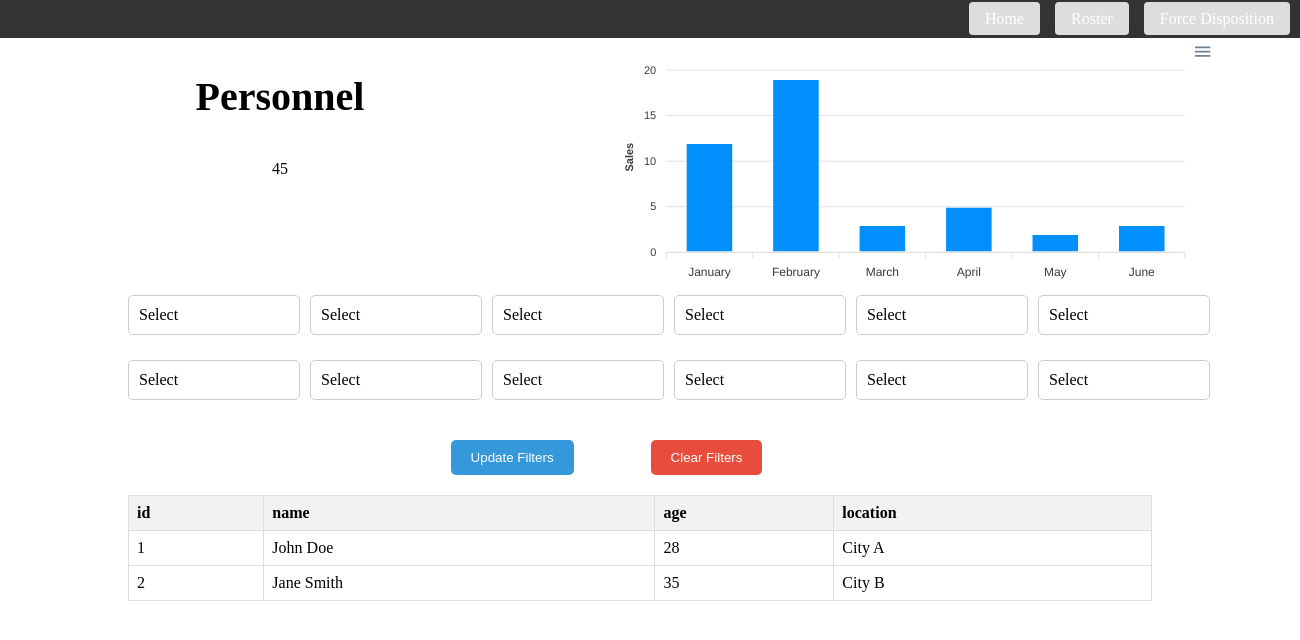
Repository: mjquesada/j2x_react
Page: /roster
An editor plug-in stored every save of this project. The page is shown before and after the next save, followed by the edit.
The browser window is 1280 px wide. The page is 1300 px wide, so the pictures cover 1300 px, including what lies to the right of the window. The pictures show the whole page.
The project was rebuilt for these pictures with package versions that can differ from the ones it lists, and the page was loaded fresh each time. Also part of the build but not shown: src/components/Box.js, src/components/Tile.js, src/components/Home.jsx, src/components/Map.js, src/components/Force.jsx.

Above is the page before, as saved 2024-03-12 13:20:13.

### src/index.css
html,
body {
  margin: 0;
  padding: 0;
  box-sizing: border-box;
}

.home-title,
.roster-title,
.force-title {
  text-align: center;
  margin: 5px;
}

.refresh-date {
  text-align: end;
}

/* Home Page */
.home-container {
  padding: 0px 20px;
}
/* Box information */
.box-container {
  display: flex;
  justify-content: center;
}

.box {
  border: 1px solid #ccc;
  padding: 15px;
  margin: 10px 50px;
  width: 300px;
  height: 200px;
  background-color: cyan;
}

.box h1 {
  margin-bottom: 10px;
}

.box div p {
  margin: 0; /* Remove default margin for <p> elements */
}

/* Tile Information */
.tile-container {
  display: flex;
  flex-wrap: wrap;
  width: 100%;
  justify-content: space-between;
}

.large-tile {
  border: 2px solid #ccc;
  padding: 5px;
  margin: 2px;
  width: calc(20% - 20px); /* Adjusted for five tiles */
  text-align: center;
  word-wrap: break-word;
  background-color: lightblue;
}

.small-tile {
  border: 1px solid #ccc;
  padding: 5px;
  margin: 2px;
  width: calc(14.28% - 20px); /* Adjusted for seven tiles */
  text-align: center;
  word-wrap: break-word;
  background-color: lightgreen;
}

.tile h3 {
  margin-bottom: 10px;
}

.tile-image {
  max-width: 50px;
  height: 60px;
  margin-bottom: 8px;
}

/* NavBar Information */
.navbar {
  display: flex;
  justify-content: flex-end;
  background-color: #333; /* Example background color */
  padding: 10px;
  position: fixed; /* Make the navbar fixed */
  top: 0; /* Position it at the top of the viewport */
  width: 100%; /* Ensure it spans the full width of the viewport */
  z-index: 1000; /* Ensure it stays on top of other content */
}

.navbar-links {
  display: flex;
  justify-content: flex-end;
  list-style: none;
  padding: 0;
  margin: 0;
  top: 0;
  width: 100%;
  position: sticky;
}

.navbar-links li {
  margin-left: 15px; /* Adds space between the links */
}

.navbar-links a {
  color: white;
  text-decoration: none;
  padding: 8px 16px;
  border-radius: 4px;
  background-color: #ddd; /* Example background color for links */
}

.navbar-links a:hover {
  background-color: #bbb; /* Example hover effect */
}

/* Bar Chart Information */
.roster-row {
  display: flex;
  justify-content: space-between; /* Adjust as needed */
  align-items: center;
  width: 100%; /* Ensure it takes the full width */
  padding: 0 1em; /* Add padding on the left and right */
}

.metric-display,
.bar-chart {
  flex: 1; /* Ensure they take up equal space */
  margin: 0 10px; /* Add space to the left and right of each component */
  height: 200px;
}

.metric-display {
  text-align: center;
  /* Additional styling */
}

.metric-title {
font-size: 40px;
}

.bar-chart {
  width: 100%; /* Ensure the chart takes up the full width */
  padding: 20px 20px 45px 20px;
  /* Additional styling */
}

.metric-font-size {
  font-size: 28px;
}

/* Roster Filters */
.roster-container {
  display: flex;
  flex-direction: column;
  align-items: center;
  width: 100%;
}

.filter-row1 {
  display: grid;
  grid-template-columns: repeat(6, 1fr);
  grid-gap: 10px;
  margin: 0 1em; /* Add margin to both sides */
  margin-bottom: 20px;
  padding-top: 30px;
  width: 80%;
}

.filter-row2 {
  display: grid;
  grid-template-columns: repeat(6, 1fr);
  grid-gap: 10px;
  margin: 0 1em; /* Add margin to both sides */
  margin-bottom: 20px;
  padding-top: 5px;
  width: 80%;
}

.multi-select-filter {
  /* Style each filter as needed */
}

/* Dropdown styles */
.dropdown-container {
  position: relative;
  display: inline-block;
}

.dropdown-select {
  padding: 10px;
  border: 1px solid #ccc;
  border-radius: 5px;
  cursor: pointer;
  min-width: 150px;
}

.dropdown-options {
  position: absolute;
  top: 100%;
  left: 0;
  z-index: 1;
  background-color: #fff;
  border: 1px solid #ccc;
  border-top: none;
  border-radius: 0 0 5px 5px;
  box-shadow: 0px 2px 5px rgba(0, 0, 0, 0.1);
  max-height: 150px;
  overflow-y: auto;
}

.dropdown-option {
  padding: 8px;
  cursor: pointer;
  transition: background-color 0.3s;
}

.dropdown-option:hover {
  background-color: #f0f0f0;
}

/* Button Styles */
.custom-button {
  padding: 10px 20px;
  margin-right: 67px; /* Adjust margin to spread buttons apart */
  border: none;
  color: white;
  cursor: pointer;
  border-radius: 5px;
  transition: background-color 0.3s, box-shadow 0.3s;
}

.custom-button:hover {
  box-shadow: 0 0 10px rgba(0, 0, 0, 0.3); /* Add a subtle shadow on hover */
}

.custom-button.blue {
  background-color: #3498db; /* Blue color for 'Update Filters' */
}

.custom-button.red {
  background-color: #e74c3c; /* Red color for 'Clear Filters' */
}

.button-row {
  display: flex;
  justify-content: center; /* Center the buttons horizontally */
  gap: 10px; /* Adds space between the buttons */
  padding: 20px 0 0 0; /* Adds padding above and below the buttons */
}

/* Table Data */
.data-table {
  width: 100%;
  border-collapse: collapse;
  margin-top: 20px;
}

.data-table th,
.data-table td {
  border: 1px solid #ddd;
  padding: 8px;
  text-align: left;
}

.data-table th {
  background-color: #f2f2f2;
}

.data-table tr:hover {
  background-color: #f5f5f5;
}

.roster-table,
.force-container .roster-table {
  width: 80%;
  margin: 0 auto; /* Centers the table horizontally */
}

/* Force Page */
.force-container {
  width: 100%;
  padding-top: 30px; /* Adjust as needed */
  padding-left: 20px;
  padding-right: 20px;
}

.force-row {
  display: flex;
  justify-content: space-between;
}

.metrics-column,
.charts-row,
.dropdowns-row {
  display: flex;
  flex-direction: column;
}

.metrics-column {
  flex: 1; /* Takes up 1/4 of the row */
}

.charts-row,
.dropdowns-row {
  flex: 3; /* Takes up 3/4 of the row */
  flex-direction: row; /* Aligns items horizontally */
  justify-content: space-evenly; /* Spaces out the items */
}

/* Map Information */
.map-container {
  display: flex;
  justify-content: center;
  width: 100%;
  padding: 0;
}

### src/App.js
import React from 'react';
import { BrowserRouter as Router, Route, Routes } from 'react-router-dom';
import NavBar from './components/NavBar';
import Home from './components/Home';
import Roster from './components/Roster';
import Force from './components/Force';

const App = () => {
  return (
    <Router>
      <NavBar />
      <Routes>
        <Route path="/" element={<Home />} />
        <Route path="/roster" element={<Roster />} />
        <Route path="/force" element={<Force />} />
      </Routes>
    </Router>
  );
}

export default App;

### src/components/NavBar.js
import React from "react";
import { Link } from "react-router-dom";

const NavBar = () => {
  return (
    <nav className="navbar">
      <ul className="navbar-links">
        <li>
          <Link to="/">Home</Link>
        </li>
        <li>
          <Link to="/roster">Roster</Link>
        </li>
        <li>
          <Link to="/force">Force Disposition</Link>
        </li>
      </ul>
    </nav>
  );
};

export default NavBar;

### src/components/Roster.jsx
import React from "react";
import MetricDisplay from "./MetricDisplay";
import BarChart from "./BarChart";
import Table from "./Table";
import Dropdown from "./Dropdown";
import Button from "./Button";

import {
  rosterFilterOptions,
  placeholderTableData,
  rosterBarChartData,
} from "../data";

const Roster = () => {
  const series = [
    {
      name: rosterBarChartData.datasets[0].label,
      data: rosterBarChartData.datasets[0].data,
    },
  ];

  const columns = React.useMemo(
    () => [
      { Header: "Name", accessor: "name" },
      { Header: "Age", accessor: "age" },
      { Header: "Location", accessor: "location" },
      { Header: "Email", accessor: "email" },
      // ... more columns
    ],
    []
  );

  const firstRowOptions = rosterFilterOptions.slice(0, 6);
  const secondRowOptions = rosterFilterOptions.slice(6, 12);

  const handleFilterChange = (selectedOptions) => {
    console.log(selectedOptions);
  };

  const handleUpdateFilters = () => {
    // Logic to update filters
    console.log("Update Filters clicked");
  };

  const handleClearFilters = () => {
    // Logic to clear filters
    console.log("Clear Filters clicked");
  };

  return (
    <div className="roster-container">
      <div className="roster-row">
        <div className="metric-display">
          <MetricDisplay title="Personnel" value="45" />
        </div>
        <div className="bar-chart">
          <BarChart series={series} options={rosterBarChartData.options} />
        </div>
      </div>

      {/* First row of filters */}
      <div className="filter-row1">
        {firstRowOptions.map((option) => (
          <div className="multi-select-filter" key={option.id}>
            <Dropdown
              options={firstRowOptions}
              label={option.label}
              onChange={handleFilterChange}
            />
          </div>
        ))}
      </div>

      {/* Second row of filters */}
      <div className="filter-row2">
        {secondRowOptions.map((option) => (
          <div className="multi-select-filter" key={option.id}>
            <Dropdown
              options={secondRowOptions}
              label={option.label}
              onChange={handleFilterChange}
            />
          </div>
        ))}
      </div>

      {/* Buttons */}
      <div className="button-row">
        <Button
          label="Update Filters"
          onClick={handleUpdateFilters}
          color="blue"
        />
        <Button
          label="Clear Filters"
          onClick={handleClearFilters}
          color="red"
        />
      </div>

      {/* Table */}
      <div className="roster-table">
        <Table columns={columns} data={placeholderTableData} />
      </div>
    </div>
  );
};

export default Roster;

### src/data.js
import usasoc from "./images/USASOC.png";
import nsw from "./images/NSW.png";
import socom from "./images/SOCOM.png";
import marsoc from "./images/MARSOC.png";
import afsoc from "./images/AFSOC.png";
import soccent from "./images/SOCCENT.png";
import socsouth from "./images/SOCSOUTH.png";
import socnorth from "./images/SOCNORTH.png";
import socpac from "./images/SOCPAC.png";
import sockor from "./images/SOCKOR.png";
import soceur from "./images/SOCEUR.png";
import socaf from "./images/SOCAF.png";

export const boxData = [
  {
    id: 1,
    title: "Personnel Count",
    content: 1500,
  },
  {
    id: 2,
    title: "AoR Breakdown",
    content: [
      { label: "AFRICOM", value: 700 },
      { label: "EUCOM", value: 800 },
      { label: "SOCCOM", value: 900 },
    ],
  },
];

export const tileData = [
  {
    id: 1,
    title: "USASOC",
    imagePath: usasoc,
    description: "Description for Tile 1",
  },
  {
    id: 2,
    title: "NSW",
    imagePath: nsw,
    description: "Description for Tile 2",
  },
  {
    id: 3,
    title: "SOCOM",
    imagePath: socom,
    description: "Description for Tile 3",
  },
  {
    id: 4,
    title: "MARSOC",
    imagePath: marsoc,
    description: "Description for Tile 4",
  },
  {
    id: 5,
    title: "AFSOC",
    imagePath: afsoc,
    description: "Description for Tile 5",
  },
  {
    id: 6,
    title: "SOCCENT",
    imagePath: soccent,
    description: "Description for Tile 6",
  },
  {
    id: 7,
    title: "SOCSOUTH",
    imagePath: socsouth,
    description: "Description for Tile 7",
  },
  {
    id: 8,
    title: "SOCNORTH",
    imagePath: socnorth,
    description: "Description for Tile 8",
  },
  {
    id: 9,
    title: "SOCPAC",
    imagePath: socpac,
    description: "Description for Tile 9",
  },
  {
    id: 10,
    title: "SOCKOR",
    imagePath: sockor,
    description: "Description for Tile 10",
  },
  {
    id: 11,
    title: "SOCEUR",
    imagePath: soceur,
    description: "Description for Tile 11",
  },
  {
    id: 12,
    title: "SOCAF",
    imagePath: socaf,
    description: "Description for Tile 12",
  },
];

export const rosterFilterOptions = [
  { label: "Org", value: "value", id: 1 },
  { label: "Location", value: "value", id: 2 },
  { label: "Branch", value: "value", id: 3 },
  { label: "Group", value: "value", id: 4 },
  { label: "Type", value: "value", id: 5 },
  { label: "SOF", value: "value", id: 6 },
  { label: "AoR", value: "value", id: 7 },
  { label: "Deploy", value: "value", id: 8 },
  { label: "Service", value: "value", id: 9 },
  { label: "Country", value: "value", id: 10 },
  { label: "Waiver", value: "value", id: 11 },
  { label: "FTN", value: "value", id: 12 },
];

export const mapFilterOptions = [
  { label: "Option 1", value: "option1", id: 1 },
  { label: "Option 2", value: "option2", id: 2 },
  // Add more options as needed
];

// data.js
export const placeholderTableData = [
  { id: 1, name: "John Doe", age: 28, location: "City A" },
  { id: 2, name: "Jane Smith", age: 35, location: "City B" },
  // Add more data as needed
];

export const rosterBarChartData = {
  labels: ["January", "February", "March", "April", "May", "June"],
  datasets: [
    {
      label: "Sales",
      data: [12, 19, 3, 5, 2, 3],
      // Other dataset properties
    },
  ],
  options: {
    chart: {
      type: "bar",
    },
    plotOptions: {
      bar: {
        horizontal: false,
        columnWidth: "55%",
        endingShape: "rounded",
      },
    },
    dataLabels: {
      enabled: false,
    },
    stroke: {
      show: true,
      width: 2,
      colors: ["transparent"],
    },
    xaxis: {
      categories: ["January", "February", "March", "April", "May", "June"],
    },
    yaxis: {
      title: {
        text: "Sales",
      },
    },
    fill: {
      opacity: 1,
    },
  },
};

export const forceBarChartData1 = {
  labels: [
    "Category A",
    "Category B",
    "Category C",
    "Category D",
    "Category E",
  ],
  datasets: [
    {
      label: "Force 1 Data",
      data: [25, 15, 30, 20, 10],
      // Other dataset properties
    },
  ],
  options: {
    chart: {
      type: "bar",
    },
    plotOptions: {
      bar: {
        horizontal: false,
        columnWidth: "55%",
        endingShape: "rounded",
      },
    },
    dataLabels: {
      enabled: false,
    },
    stroke: {
      show: true,
      width: 2,
      colors: ["transparent"],
    },
    xaxis: {
      categories: [
        "Category A",
        "Category B",
        "Category C",
        "Category D",
        "Category E",
      ],
    },
    yaxis: {
      title: {
        text: "Force 1 Data",
      },
    },
    fill: {
      opacity: 1,
    },
  },
};

export const forceBarChartData2 = {
  labels: ["Item 1", "Item 2", "Item 3", "Item 4", "Item 5"],
  datasets: [
    {
      label: "Force 2 Data",
      data: [10, 12, 8, 15, 18],
      // Other dataset properties
    },
  ],
  options: {
    chart: {
      type: "bar",
    },
    plotOptions: {
      bar: {
        horizontal: false,
        columnWidth: "55%",
        endingShape: "rounded",
      },
    },
    dataLabels: {
      enabled: false,
    },
    stroke: {
      show: true,
      width: 2,
      colors: ["transparent"],
    },
    xaxis: {
      categories: ["Item 1", "Item 2", "Item 3", "Item 4", "Item 5"],
    },
    yaxis: {
      title: {
        text: "Force 2 Data",
      },
    },
    fill: {
      opacity: 1,
    },
  },
};

### src/components/MetricDisplay.js
import React from "react";

const MetricDisplay = ({ title, value }) => {
  return (
    <div className="metric-display-container">
      <h3 className="metric-title">{title}</h3>
      <p className="metric-value">{value}</p>
    </div>
  );
};

export default MetricDisplay;

### src/components/BarChart.js
import React from "react";
import ReactApexChart from "react-apexcharts";

const BarChart = ({ series, options }) => {
  return (
    <div className="bar-chart">
      <ReactApexChart
        options={options}
        series={series}
        type="bar"
        height={250}
      />
    </div>
  );
};

export default BarChart;

### src/components/Table.js
import React from "react";

const Table = ({ data }) => {
  // Changed from tableData to data
  return (
    <table className="data-table">
      <thead>
        <tr>
          {/* Map your table headers dynamically based on your data */}
          {Object.keys(data[0]).map((header) => (
            <th key={header}>{header}</th>
          ))}
        </tr>
      </thead>
      <tbody>
        {/* Map your table rows dynamically based on your data */}
        {data.map((row, index) => (
          <tr key={index}>
            {Object.values(row).map((value, idx) => (
              <td key={idx}>{value}</td>
            ))}
          </tr>
        ))}
      </tbody>
    </table>
  );
};

export default Table;

### src/components/Dropdown.js
import React, { useState } from 'react';

const Dropdown = ({ options, onChange }) => {
  const [selectedOption, setSelectedOption] = useState(null);
  const [isOpen, setIsOpen] = useState(false);

  const handleOptionClick = (option) => {
    setSelectedOption(option);
    setIsOpen(false);
    onChange(option);
  };

  return (
    <div className="dropdown-container">
      <div className="dropdown-select" onClick={() => setIsOpen(!isOpen)}>
        {selectedOption ? selectedOption.label : 'Select'}
      </div>
      {isOpen && (
        <div className="dropdown-options">
          {options.map((option) => (
            <div
              key={option.value}
              className="dropdown-option"
              onClick={() => handleOptionClick(option)}
            >
              {option.label}
            </div>
          ))}
        </div>
      )}
    </div>
  );
};

export default Dropdown;

### src/components/Button.js
import React from "react";

const Button = ({ label, color, onClick }) => {
  return (
    <button className={`custom-button ${color}`} onClick={onClick}>
      {label}
    </button>
  );
};

export default Button;

Loaded but not shown: public/index.html (common file); src/index.js (common file)

After the next save:
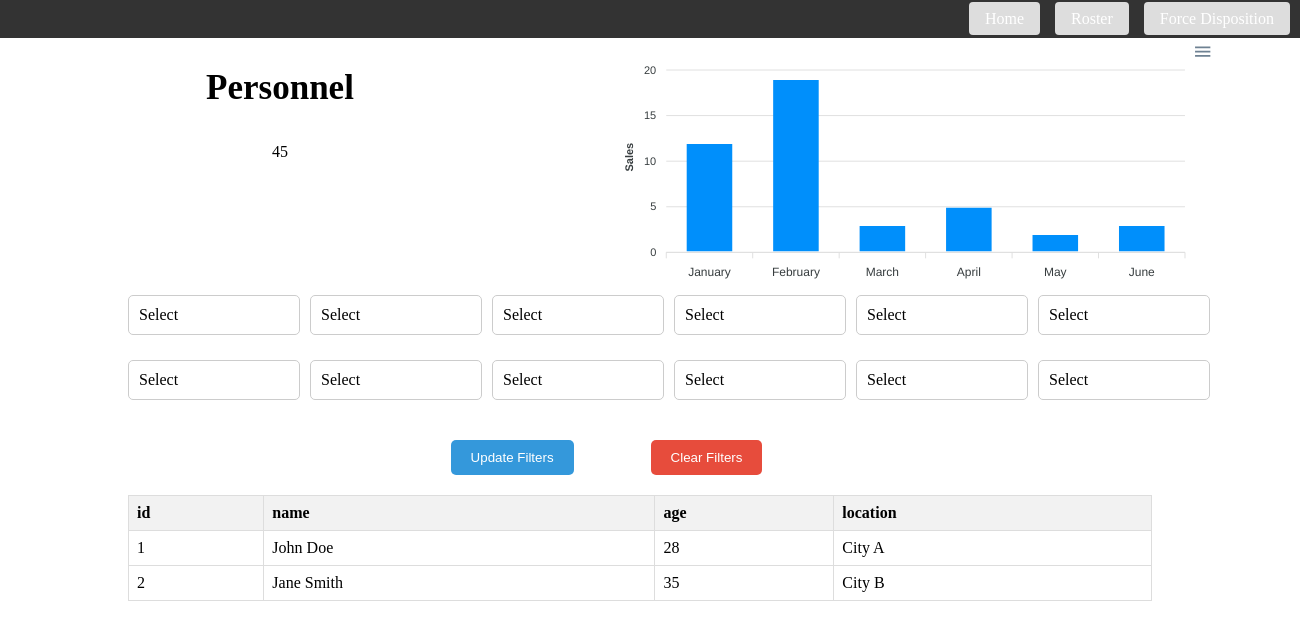
Saved 5 s later.
--- a/src/index.css
+++ b/src/index.css
@@ -142,7 +142,7 @@ body {
 }
 
 .metric-title {
-font-size: 40px;
+font-size: 35px;
 }
 
 .bar-chart {
